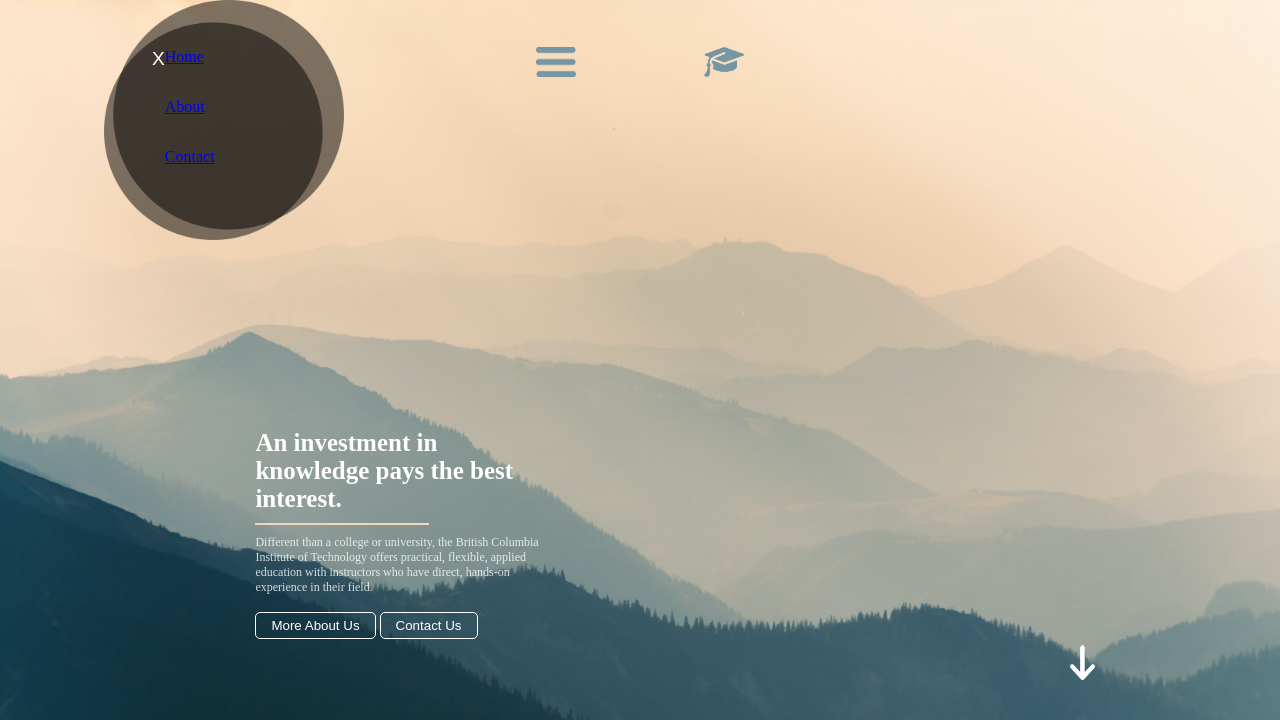
Repository: Sheraliramzan/Aly_A01253508_Assignment1
Page: /
An editor plug-in stored every save of this project. The page is shown before and after the next save, followed by the edit.
The browser window is 1280 px wide. The pictures show the whole page.
The project was rebuilt for these pictures with package versions that can differ from the ones it lists, and the page was loaded fresh each time. The framework's server and built-in components were replaced by stand-ins that run in the browser. Also part of the build but not shown: next.config.js.

Above is the page before, as saved 2023-02-04 17:44:51.

### pages/index.js
import Head from 'next/head'
import Image from 'next/image'
import styles from '../styles/Home.module.css'
import { useState } from 'react'
import { useRouter } from 'next/router'



export default function Home() {

  const [isMenuOpen, setIsMenuOpen] = useState(false);
  const handleClick = () => {
    setIsMenuOpen(!isMenuOpen);
  };
  const router = useRouter();
  return (
    <>
      <Head>
        <title>Home</title>
        <meta name="author" content="MDIA 2109" />
        <meta property="og:title" content= "Assignment #1 - Home Page"/>
        <meta property="og:description" content= "BCIT Digital Design and Development Diploma"/>
        <meta name="viewport" content="width=device-width, initial-scale=1" />
        <link rel="icon" href="/favicon.png" />
      </Head>
      <main className={styles.main}>
        <div className='fullcont'>
          <div className="navcont">
              <Image
                src={"/icons/menu-icon.png"}
                width={40}
                height={30}
                onClick={handleClick}
              />
              <Image src={"/icons/graduation-hat.png"} width={40} height={30} />
          </div>
          <div className="menucont">
          <div className="listcont">
            <div className="btncont">
              <button className="close" onChange={handleClick}>
                X
              </button>
            </div>
              <ul>
                <li>
                  <a href='#'>Home</a>
                </li>
                <li>
                  <a href='#'>About</a>
                </li>
                <li>
                  <a href='#'>Contact</a>
                </li>
              </ul>
            </div>
          <Image
            src={"/background-images/menuBackground.png"}
            width={240}
            height={240}
          />
        </div>

          <div className="headcont">
            <h1 className="headhome">An investment in <br/>knowledge pays the best <br/> interest.</h1>
            <div className="horidiv"></div>
            <p className="para1">Different than a college or university, the British Columbia <br/> Institute of Technology offers practical, flexible, applied education with instructors who have direct, hands-on experience in their field.</p>
          </div>
          <a className='butcont'>
            <button className='but1'>More About Us</button>
            <button className='but1'>Contact Us</button>
          </a>
          <a>
            <span>
              <Image className='downarrow' src ={"/downwardArrow.png"} width={25} height={35}></Image>
            </span>
          </a>
        </div>
      </main>
    </>
  )
}

### styles/globals.css


* {
  box-sizing: border-box;
  padding: 0;
  margin: 0;
}

html,
body {
  max-width: 100vw;
  overflow-x: hidden;

  background-image:url('../public/background-images/backgroundMountain.jpg') ;
  background-size: cover;
  background-repeat: no-repeat;
  height: 100vh;
}
.navcont {
  display: flex;
  align-items: center;
  justify-content: space-between;
  padding: 2rem 10rem;
}
.menucont{
  position: absolute;
  top: 0rem;
  left: 6.5rem;
}

ul {
  display: flex;
  flex-direction: column;
  gap: 2rem;
}

ul > li {
  list-style-type: none;
  color: white;
}
.listcont{
  position: absolute;
  display: flex;
  align-items: flex-start;
  left: 3rem;
  top: 3rem;
}

.btncont {
  display: flex;
}

.close {
  background-color: transparent;
  border: none;
  font-size: larger;
  color: white;
}

.fullcont{
  margin: 15px;
}
.but1{
  margin: 2px;
  padding: 5px 15px;
  background: none;
  border: 1px solid var(--primary-color);
  border-radius: 5px;
  color:var(--primary-color) ;
}
.butcont{
 margin-left: -123px;
}

.but1:hover{
  background-color: var( --primary-color);
  color: var(--quinary-color);
}
.downarrow{
  position: relative;
  left: 590px;
  top:50px;
}
.headcont{
  display: flex;
  flex-direction: column;
  width: 55%;
  margin-top: 320px;
  margin-left: -121px;
}
.headhome{
  color: var(--primary-color);
  font-size: 25px;
  margin-bottom: 10px;
}
.horidiv{
  width: 60%;
  border: 1px solid var(--secondary-color);
  margin-bottom: 10px;
}
.para1{
  color: var(--primary-color);
  font-size:12px;
  width: 100%;
  opacity: 0.8;
}


#carouselImage{
  height: 200px;
  background-repeat: no-repeat;
  background-size: cover;
  display: flex;
  justify-content: center;
  align-items: center;
  margin: 40px 0px;
}
#testOnImageHere{
  background-color: rgba(16, 46, 53, 0.5);
  padding: 10px;
  margin: 0px 50px;
}

### styles/variables.css
:root{
    --primary-color:#fff;
    --secondary-color:#f4d6b9;
    --ternary-color: #7796a4;
    --quaternary-color:#14343d;
    --quinary-color:rgba(16,46,53,0.5);
}

### styles/Home.module.css
.main {
  display: flex;
  flex-direction: column;
  justify-content: space-between;
  align-items: center;
}

Loaded but not shown: pages/_app.js (common file); pages/_document.js (common file); pages/api/hello.js (common file)

After the next save:
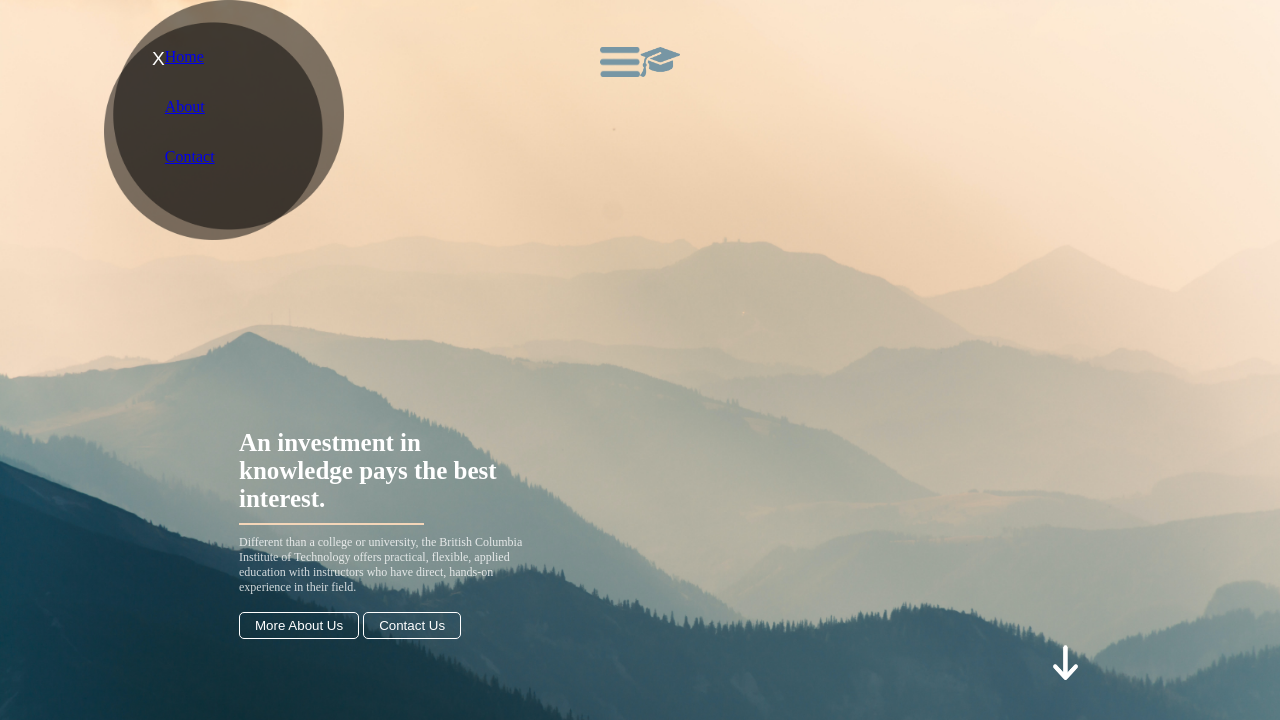
Saved 45 s later.
--- a/styles/globals.css
+++ b/styles/globals.css
@@ -20,7 +20,7 @@ body {
   display: flex;
   align-items: center;
   justify-content: space-between;
-  padding: 2rem 10rem;
+  padding: 2rem 15rem;
 }
 .menucont{
   position: absolute;
